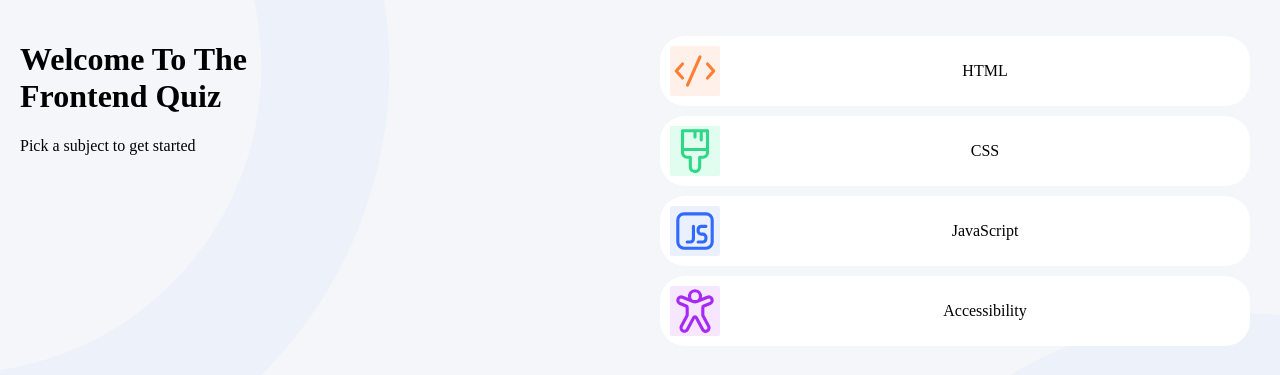
Repository: Daniel054311/Quiz-app-V1
Page: index.html
The author's editor kept a copy of each file at every save. The page is drawn from the files as they stood at one save, then again after the next save.
The browser window is 1280 px wide. The pictures show the whole page.

Above is the page before, as saved 2024-01-28 15:36:21.

After the next save:
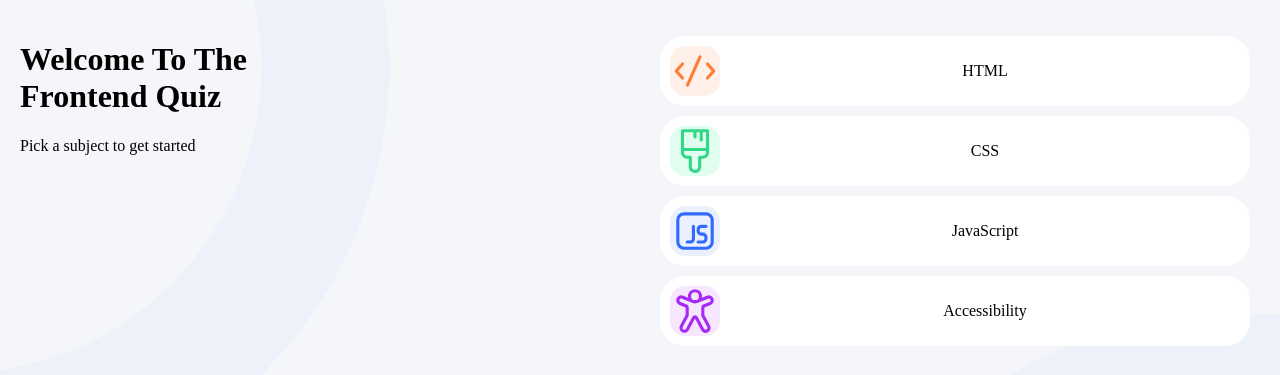
Saved 4 s later.
--- a/asset/css/index.css
+++ b/asset/css/index.css
@@ -68,7 +68,7 @@ body {
   .image {
     width: 50px;
     height: 50px;
-    border-radius:2px;
+    border-radius:15px;
     margin-right: 5px;
 
   }
